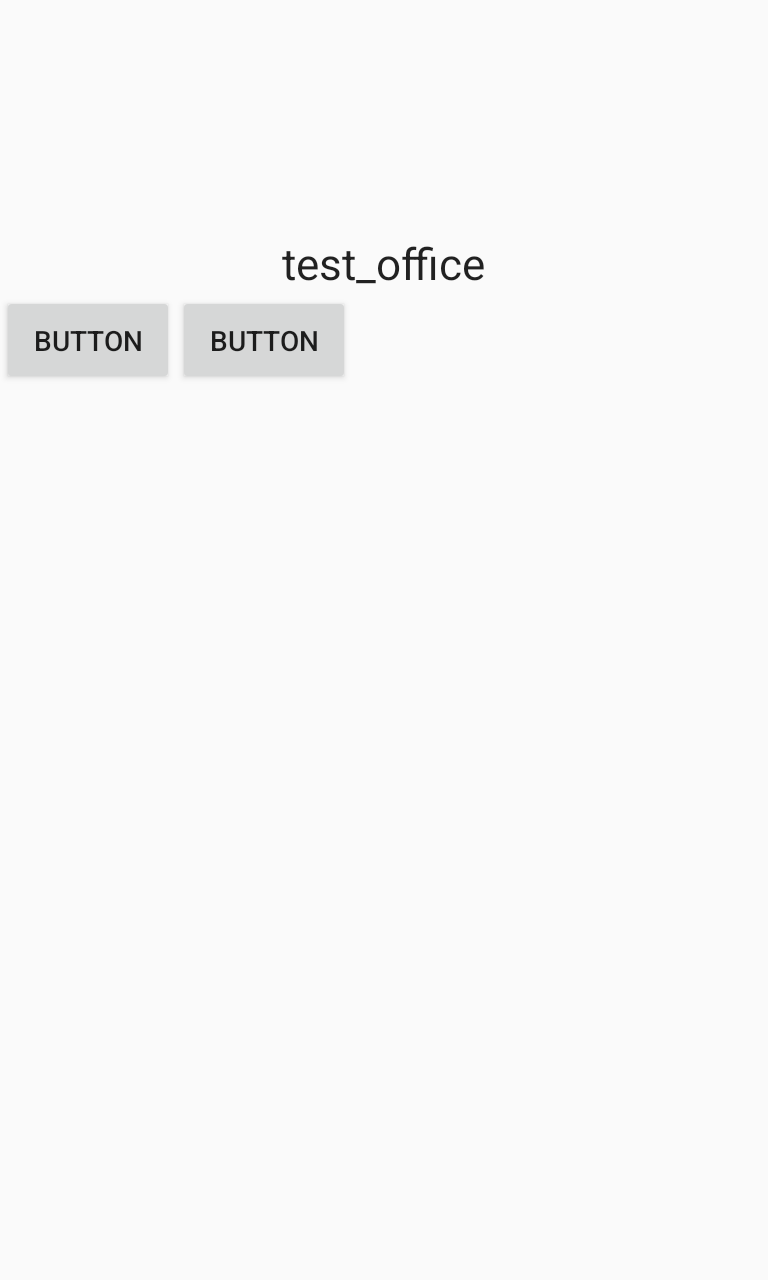
Repository: hessfr/contextRecognition
Layout: androidProjects/ContextRecognition/res/layout/activity_main.xml
The author's editor kept a copy of each file at every save. The layout is drawn from the files as they stood at one save, then again after the next save.
It is drawn on a 768 x 1280 px phone screen (xhdpi) without system bars, with theme AppTheme; the app's code is not run.

Above is the layout before, as saved 2014-05-30 07:15:06.

### androidProjects/ContextRecognition/res/layout/activity_main.xml
<LinearLayout xmlns:android="http://schemas.android.com/apk/res/android"
    xmlns:tools="http://schemas.android.com/tools"
    android:id="@+id/container"
    android:layout_width="match_parent"
    android:layout_height="match_parent"
    android:orientation="vertical"
    tools:context="com.example.contextrecognition.MainActivity"
    tools:ignore="MergeRootFrame" >

    <RelativeLayout
        android:layout_width="match_parent"
        android:layout_height="263dp" >

        <TextView
            android:id="@+id/textView1"
            android:layout_width="wrap_content"
            android:layout_height="wrap_content"
            android:layout_centerInParent="true"
            android:text="test_office"
            android:textAppearance="?android:attr/textAppearanceLarge"
            android:textSize="@strings/52sp" />

            <LinearLayout
	        android:layout_width="wrap_content"
	        android:layout_height="wrap_content"
	        android:orientation="horizontal"
	        android:layout_centerHorizontal="True"
	        android:layout_below="@+id/textView1" >

                <Button
	                android:id="@+id/button2"
	                android:layout_width="wrap_content"
	                android:layout_height="wrap_content"
	                android:layout_alignParentRight="true"
	                android:layout_alignParentTop="true"
	                android:text="Button" />

            	<Button
	                android:id="@+id/button2"
	                android:layout_width="wrap_content"
	                android:layout_height="wrap_content"
	                android:layout_alignParentLeft="true"
	                android:layout_alignParentTop="true"
	                android:text="Button" />

	    	</LinearLayout>

    </RelativeLayout>



</LinearLayout>

Loaded but not shown: androidProjects/ContextRecognition/res/values/styles.xml (common file); androidProjects/ContextRecognition/res/values-v11/styles.xml (common file); androidProjects/ContextRecognition/res/values-v14/styles.xml (common file)

After the next save:
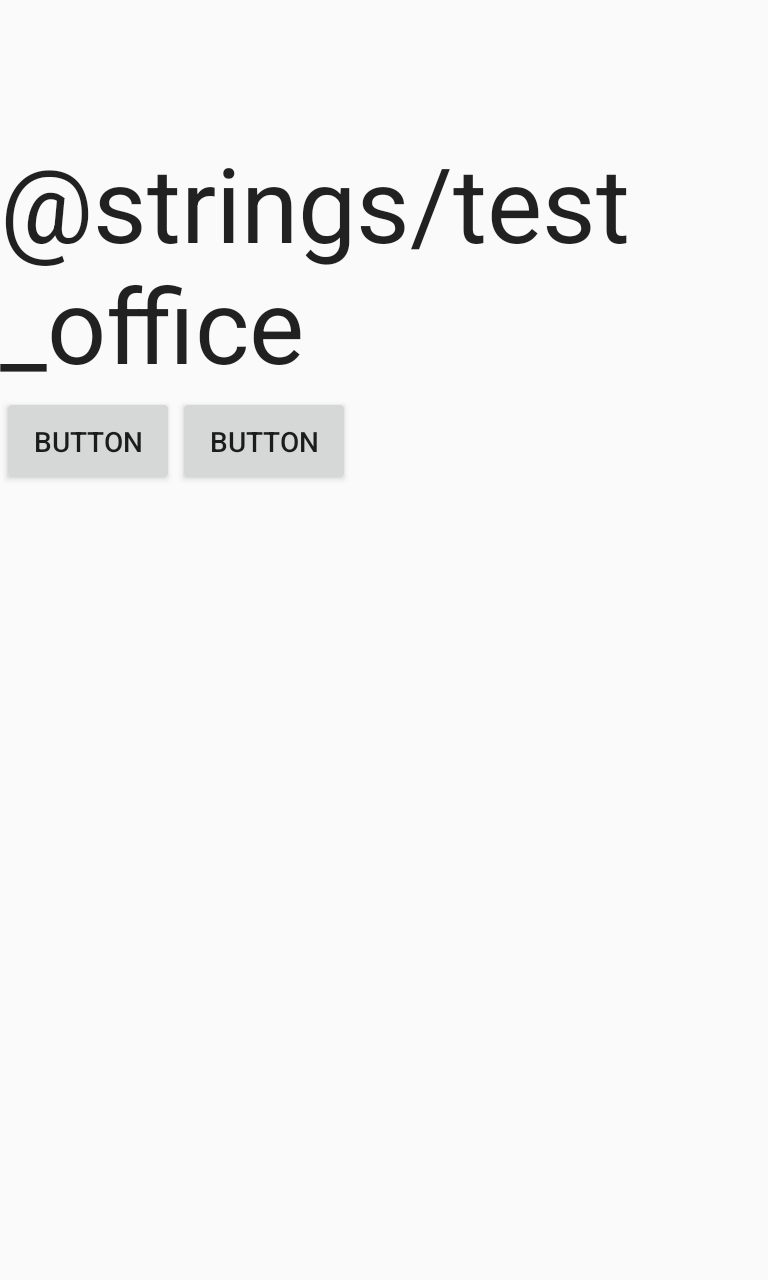
Saved 27 s later.
--- a/androidProjects/ContextRecognition/res/layout/activity_main.xml
+++ b/androidProjects/ContextRecognition/res/layout/activity_main.xml
@@ -16,9 +16,9 @@
             android:layout_width="wrap_content"
             android:layout_height="wrap_content"
             android:layout_centerInParent="true"
-            android:text="test_office"
+            android:text="@strings/test_office"
             android:textAppearance="?android:attr/textAppearanceLarge"
-            android:textSize="@strings/52sp" />
+            android:textSize="52sp" />
 
             <LinearLayout
 	        android:layout_width="wrap_content"
